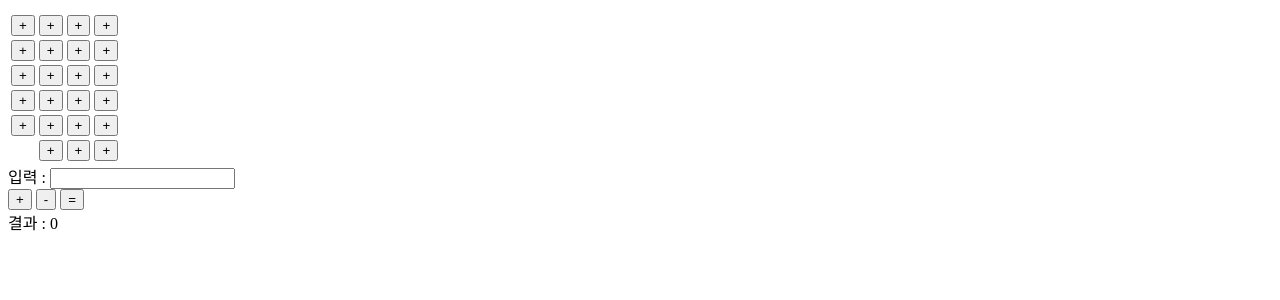
Repository: SongYG77/JSP-Servlet-practice
Page: JSPPrj/WebContent/calc2.html
The author's editor kept a copy of each file at every save. The page is drawn from the files as they stood at one save, then again after the next save.
The browser window is 1280 px wide. The pictures show the whole page.

Above is the page before, as saved 2021-01-20 03:20:37.

After the next save:
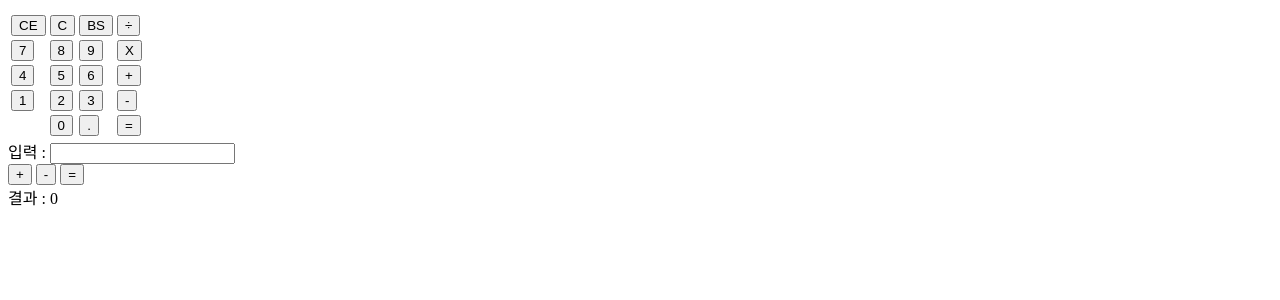
Saved 2 min 32 s later.
--- a/JSPPrj/WebContent/calc2.html
+++ b/JSPPrj/WebContent/calc2.html
@@ -11,40 +11,34 @@
 			<td colspan="4"></td>
 		</tr>
 		<tr>
-			<td><input type="submit" name = "button" value = "+"></td>
-			<td><input type="submit" name = "button" value = "+"></td>
-			<td><input type="submit" name = "button" value = "+"></td>
+			<td><input type="submit" name = "button" value = "CE"></td>
+			<td><input type="submit" name = "button" value = "C"></td>
+			<td><input type="submit" name = "button" value = "BS"></td>
+			<td><input type="submit" name = "button" value = "÷"></td>
+		</tr>
+		<tr>
+			<td><input type="submit" name = "button" value = "7"></td>
+			<td><input type="submit" name = "button" value = "8"></td>
+			<td><input type="submit" name = "button" value = "9"></td>
+			<td><input type="submit" name = "button" value = "X"></td>
+		</tr>
+		<tr>
+			<td><input type="submit" name = "button" value = "4"></td>
+			<td><input type="submit" name = "button" value = "5"></td>
+			<td><input type="submit" name = "button" value = "6"></td>
 			<td><input type="submit" name = "button" value = "+"></td>
 		</tr>
 		<tr>
-			<td><input type="submit" name = "button" value = "+"></td>
-			<td><input type="submit" name = "button" value = "+"></td>
-			<td><input type="submit" name = "button" value = "+"></td>
-			<td><input type="submit" name = "button" value = "+"></td>
-		</tr>
-		<tr>
-			<td><input type="submit" name = "button" value = "+"></td>
-			<td><input type="submit" name = "button" value = "+"></td>
-			<td><input type="submit" name = "button" value = "+"></td>
-			<td><input type="submit" name = "button" value = "+"></td>
-		</tr>
-		<tr>
-			<td><input type="submit" name = "button" value = "+"></td>
-			<td><input type="submit" name = "button" value = "+"></td>
-			<td><input type="submit" name = "button" value = "+"></td>
-			<td><input type="submit" name = "button" value = "+"></td>
-		</tr>
-		<tr>
-			<td><input type="submit" name = "button" value = "+"></td>
-			<td><input type="submit" name = "button" value = "+"></td>
-			<td><input type="submit" name = "button" value = "+"></td>
-			<td><input type="submit" name = "button" value = "+"></td>
+			<td><input type="submit" name = "button" value = "1"></td>
+			<td><input type="submit" name = "button" value = "2"></td>
+			<td><input type="submit" name = "button" value = "3"></td>
+			<td><input type="submit" name = "button" value = "-"></td>
 		</tr>
 		<tr>
 			<td></td>
-			<td><input type="submit" name = "button" value = "+"></td>
-			<td><input type="submit" name = "button" value = "+"></td>
-			<td><input type="submit" name = "button" value = "+"></td>
+			<td><input type="submit" name = "button" value = "0"></td>
+			<td><input type="submit" name = "button" value = "."></td>
+			<td><input type="submit" name = "button" value = "="></td>
 		</tr>
 
 	</table>
